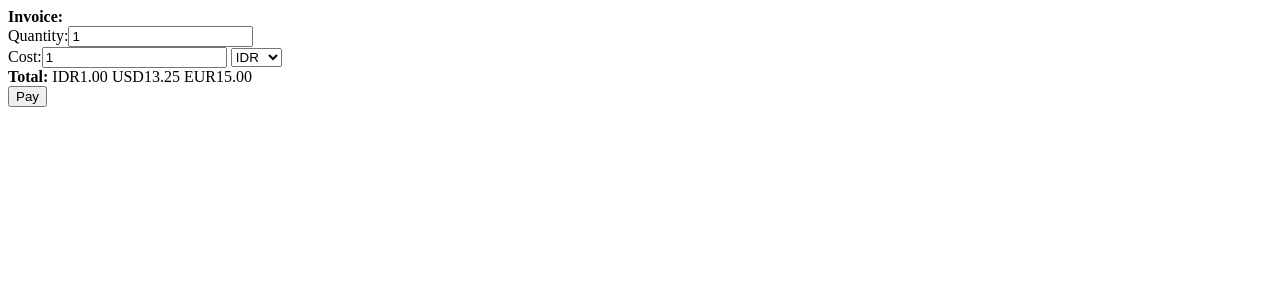
Repository: emriti/BO_SOA_Angular
Page: AngularClient/WebContent/Sampel.html
An editor plug-in stored every save of this project. The page is shown before and after the next save, followed by the edit.
The browser window is 1280 px wide. The pictures show the whole page.

Above is the page before, as saved 2016-08-30 05:40:02.

### AngularClient/WebContent/Sampel.html
<!DOCTYPE html>
<html>
<head>
<meta charset="ISO-8859-1">
<title>Insert title here</title>
<script type="text/javascript" src="scripts/angular.min.js"></script>
<script type="text/javascript" src="scripts/invoice1.js"></script>
</head>
<body>
	<div ng-app="invoice1" ng-controller="InvoiceController as invoice">
		<b>Invoice:</b>
		<div>
			Quantity:<input type="number" min="0" ng-model="invoice.qty">
		</div>
		<div>
			Cost:<input type="number" min="0" ng-model="invoice.cost">
			<select ng-model="invoice.inCurr">
				<option ng-repeat="c in invoice.currencies">{{c}}</option>
			</select>
		</div>
		<div>
			<b>Total:</b>
			<span ng-repeat="c in invoice.currencies">
				{{invoice.total(c) | currency:c}}
			</span>
		</div>
		<div>
			<button class="btn" ng-click="invoice.pay()">Pay</button>
		</div>
	</div>
</body>
</html>

### AngularClient/WebContent/scripts/invoice1.js
(function() {
	angular.module('invoice1', []).controller('InvoiceController',
			function InvoiceController() {
				this.qty = 1;
				this.cost = 1;
				this.inCurr = 'IDR';
				this.currencies = [ 'IDR', 'USD', 'EUR' ];
				this.idrToForeignRates = {
					IDR : 1,
					USD : 13.246,
					EUR : 15.000
				};

				this.total = function total(outCurr) {
					return this.convertCurrency(this.qty * this.cost, this.inCurr, outCurr);
				};

				this.convertCurrency = function convertCurrency(amount, inCurr, outCurr) {
					return amount * this.idrToForeignRates[outCurr] / this.idrToForeignRates[inCurr];
				};

				this.pay = function pay() {
					window.alert('Thanks!');
				};

			});
})();

Loaded but not shown: AngularClient/WebContent/scripts/angular.min.js (library)

After the next save:
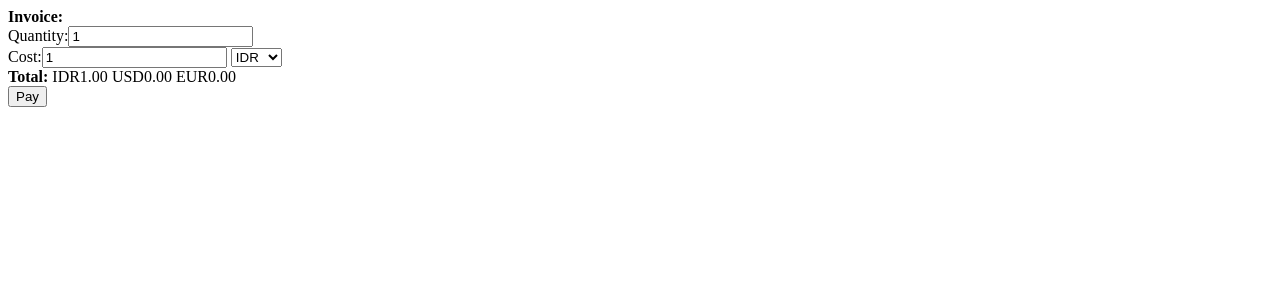
Saved 57 s later.
--- a/AngularClient/WebContent/scripts/invoice1.js
+++ b/AngularClient/WebContent/scripts/invoice1.js
@@ -6,9 +6,9 @@
 				this.inCurr = 'IDR';
 				this.currencies = [ 'IDR', 'USD', 'EUR' ];
 				this.idrToForeignRates = {
-					IDR : 1,
-					USD : 13.246,
-					EUR : 15.000
+					IDR : 13000,
+					USD : 1,
+					EUR : 1.5
 				};
 
 				this.total = function total(outCurr) {
